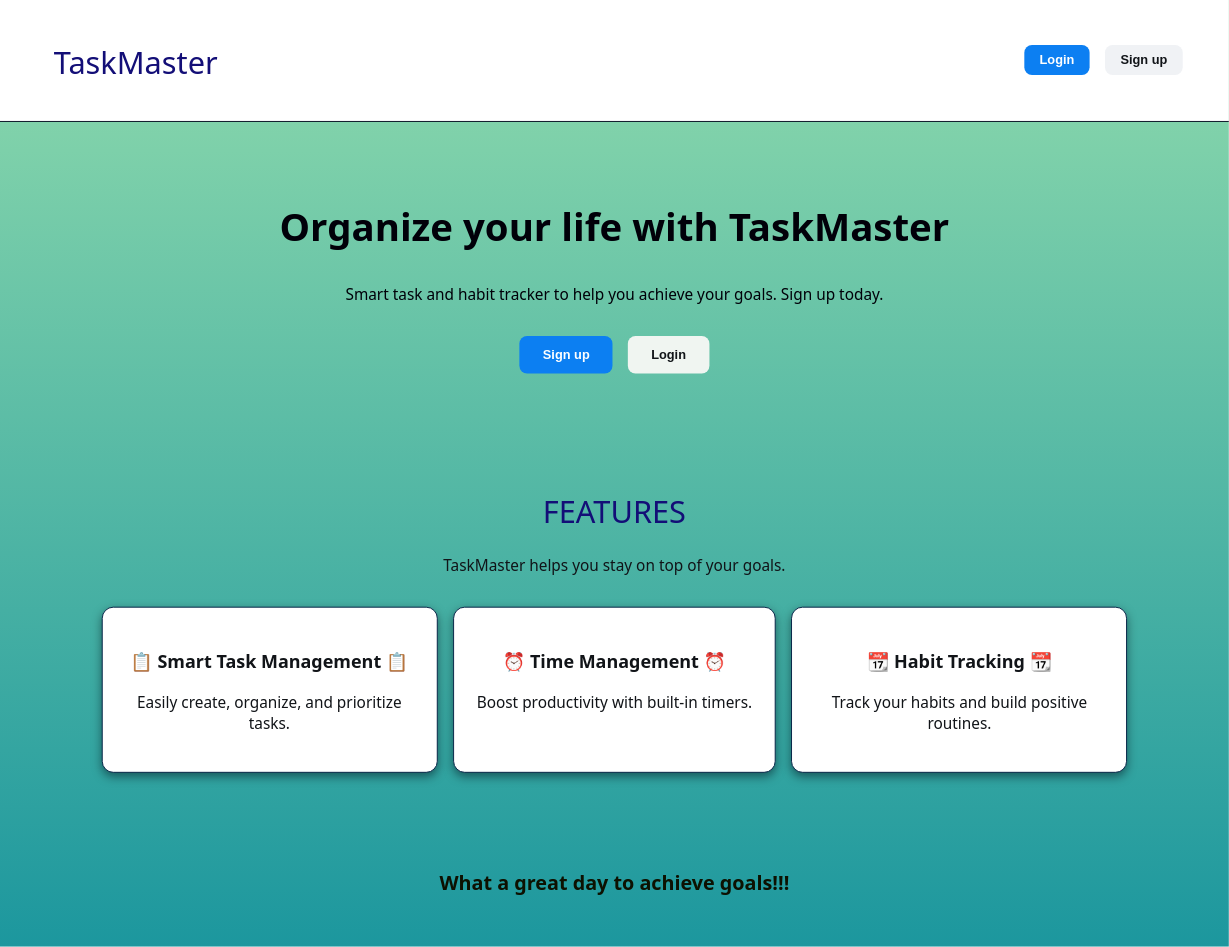
Repository: RachelB9913/smart-task-and-habit-tracker
Page: /
An editor plug-in stored every save of this project. The page is shown before and after the next save, followed by the edit.
The browser window is 1280 px wide. The pictures show the whole page, at 96% of full size.
The project was rebuilt for these pictures with package versions that can differ from the ones it lists, and the page was loaded fresh each time. Also part of the build but not shown: src/services/api.js, src/components/Login.js, src/components/Register.js.

Above is the page before, as saved 2025-06-18 12:58:05.

After the next save:
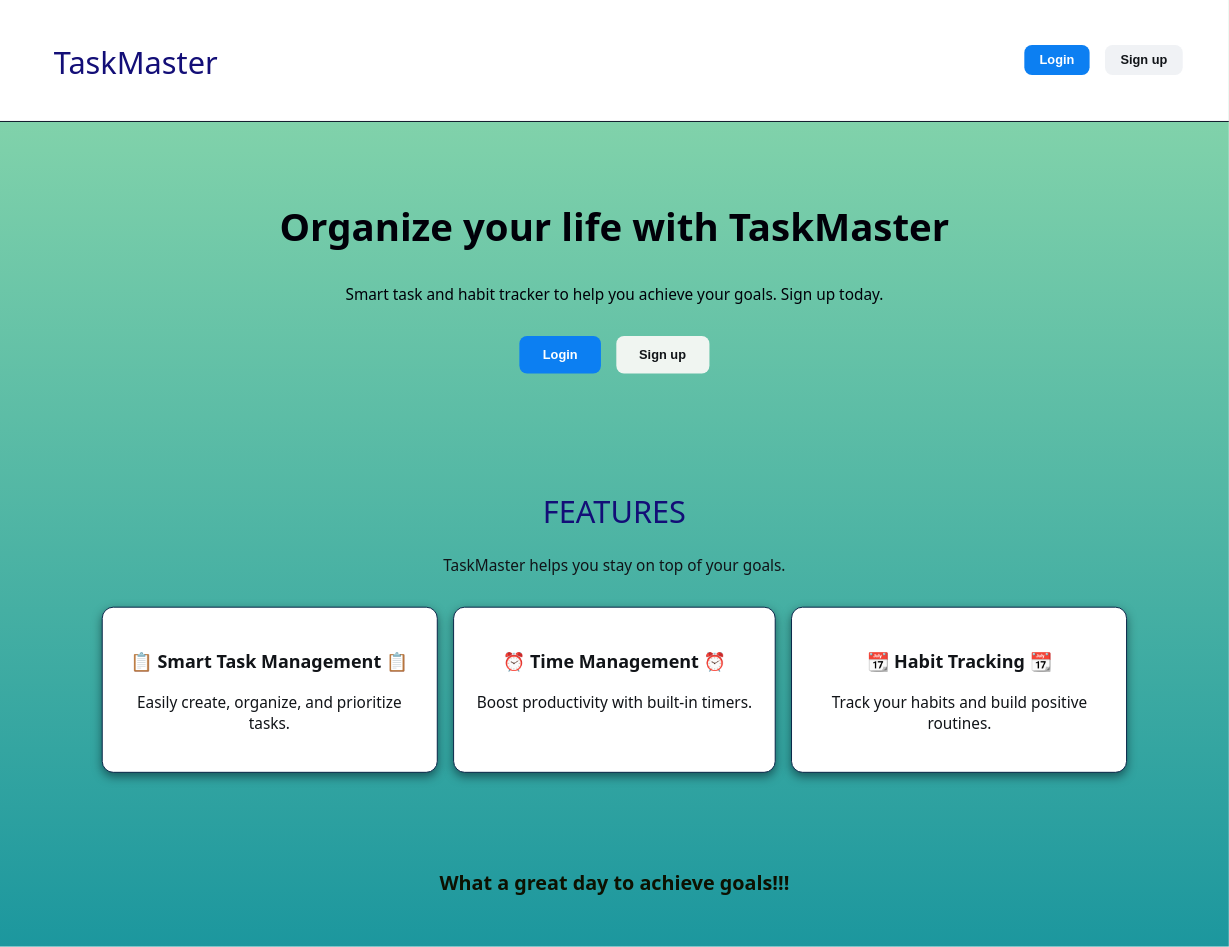
Saved 9 min 18 s later.
--- a/src/components/welcome.js
+++ b/src/components/welcome.js
@@ -26,8 +26,8 @@
         <h1>Organize your life with TaskMaster</h1>
         <p>Smart task and habit tracker to help you achieve your goals. Sign up today.</p>
         <div className="hero-actions">
+          <button onClick={() => navigate('/login')}>Login</button>
           <button onClick={() => navigate('/register')}>Sign up</button>
-          <button onClick={() => navigate('/login')}>Login</button>
         </div>
       </section>
 

After the save that followed:
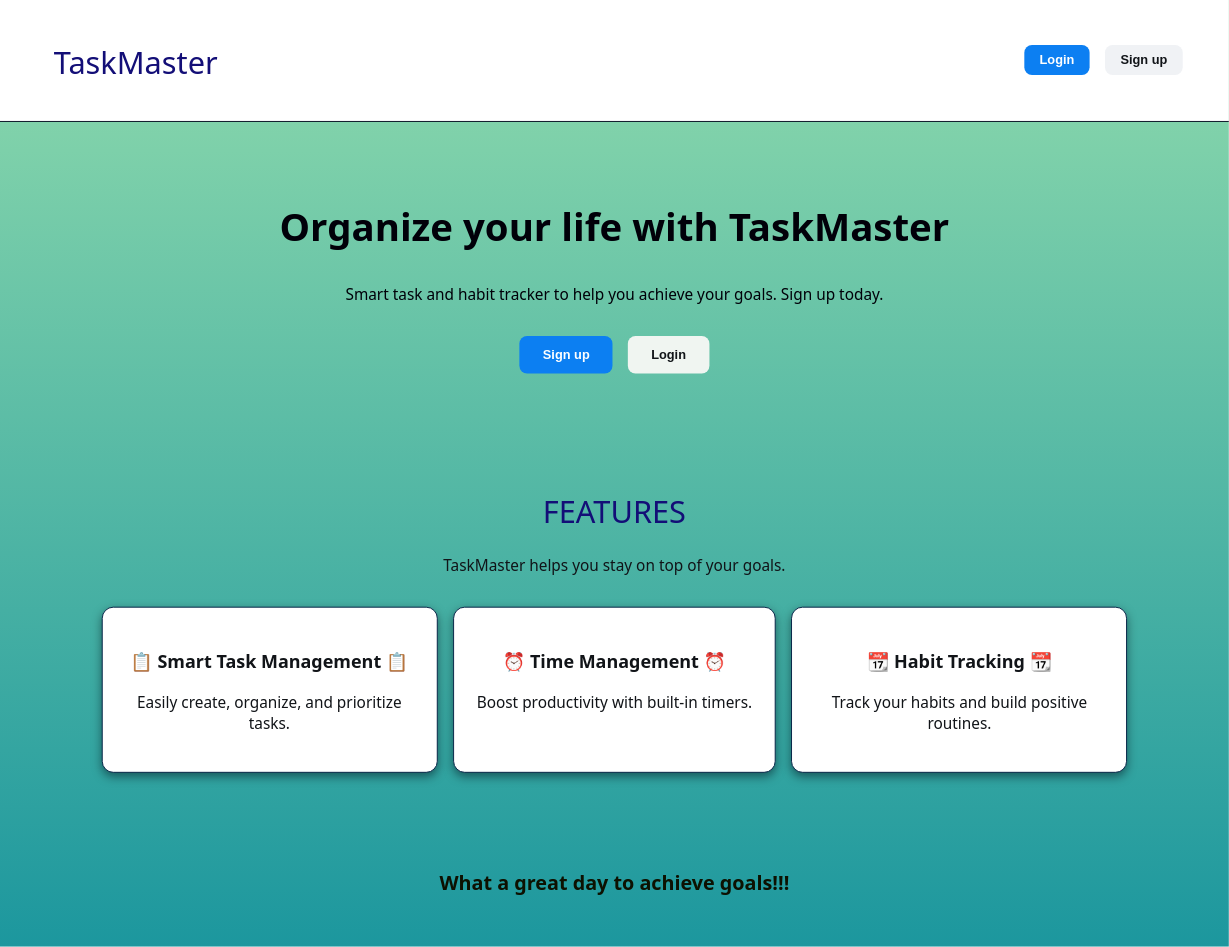
Saved 33 s later.
--- a/src/components/welcome.js
+++ b/src/components/welcome.js
@@ -26,8 +26,8 @@
         <h1>Organize your life with TaskMaster</h1>
         <p>Smart task and habit tracker to help you achieve your goals. Sign up today.</p>
         <div className="hero-actions">
+          <button onClick={() => navigate('/register')}>Sign up</button>
           <button onClick={() => navigate('/login')}>Login</button>
-          <button onClick={() => navigate('/register')}>Sign up</button>
         </div>
       </section>
 
